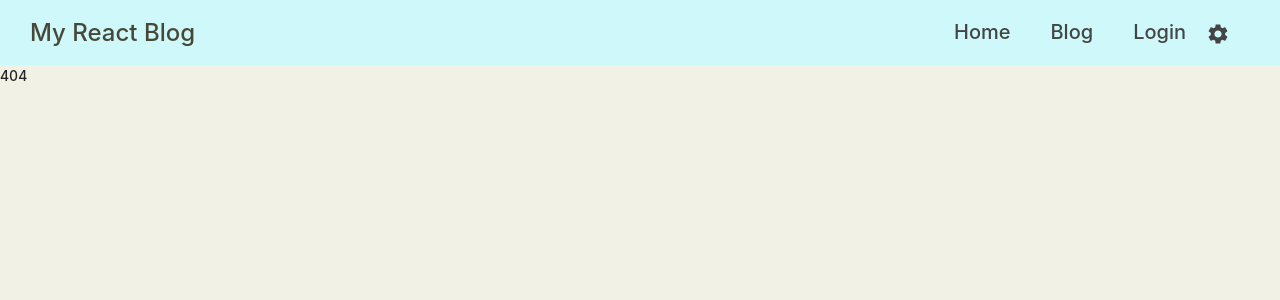
Repository: Kaycee-attah/react_blog
Page: /
An editor plug-in stored every save of this project. The page is shown before and after the next save, followed by the edit.
The browser window is 1280 px wide. The pictures show the whole page.
The project was rebuilt for these pictures with package versions that can differ from the ones it lists, and the page was loaded fresh each time.

Above is the page before, as saved 2021-10-09 20:56:07.

After the next save:
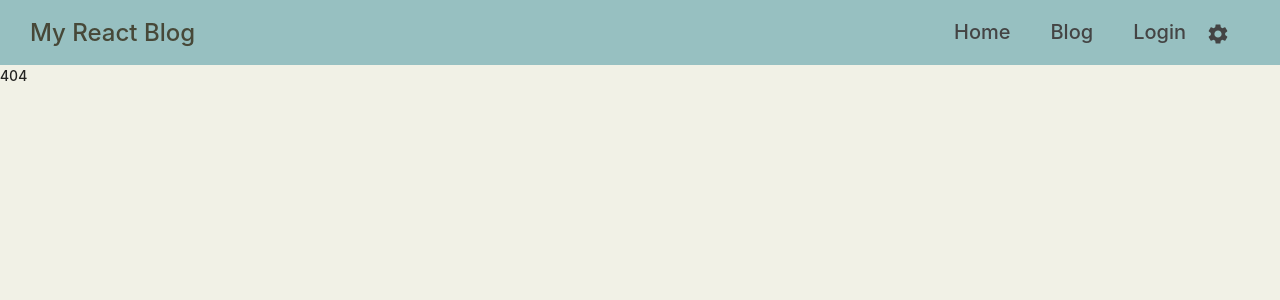
Saved 70 s later.
--- a/src/assets/scss/_variables.scss
+++ b/src/assets/scss/_variables.scss
@@ -5,7 +5,7 @@ $text-color: #65312F;
 $input-type-checkbox-Checked: #f8f8f8;
 $navigation-link-color-onHover: #2997ff;
 $navigation-link-color: #444;
-$navigation-background-color: #CEF8F9;
+$navigation-background-color: #97C0C1;
 $settings-dropDown-Menu-Card-backGroundColor: #f8f8f8;
 $settings-dropDown-Menu-backGroundColor: white;
 $toggle-checkbox-darkMode-backgroundColor: #092c3e;
